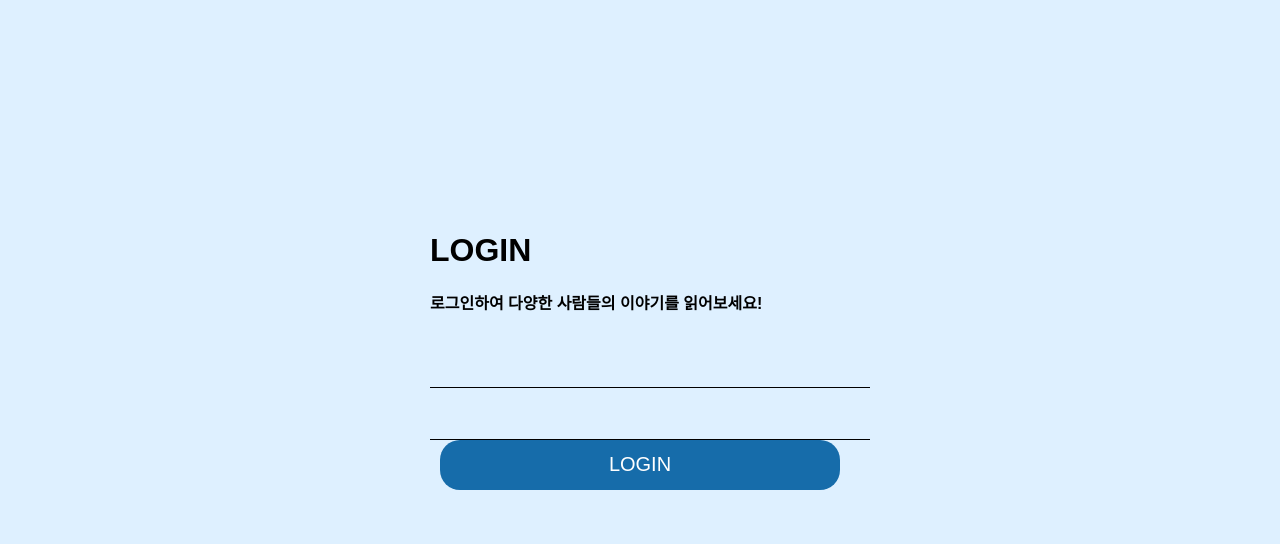
Repository: CISXO/JSP
Page: http://localhost/DB_Project/Login.jsp
These files come from the project's save history. The page is drawn as it stood at one moment and after the next save; the edit follows.
The browser window is 1280 px wide. The pictures show the whole page.
The page is served by Tomcat 9.

Above is the page before, as saved 2022-12-18 04:14:19.

After the next save:
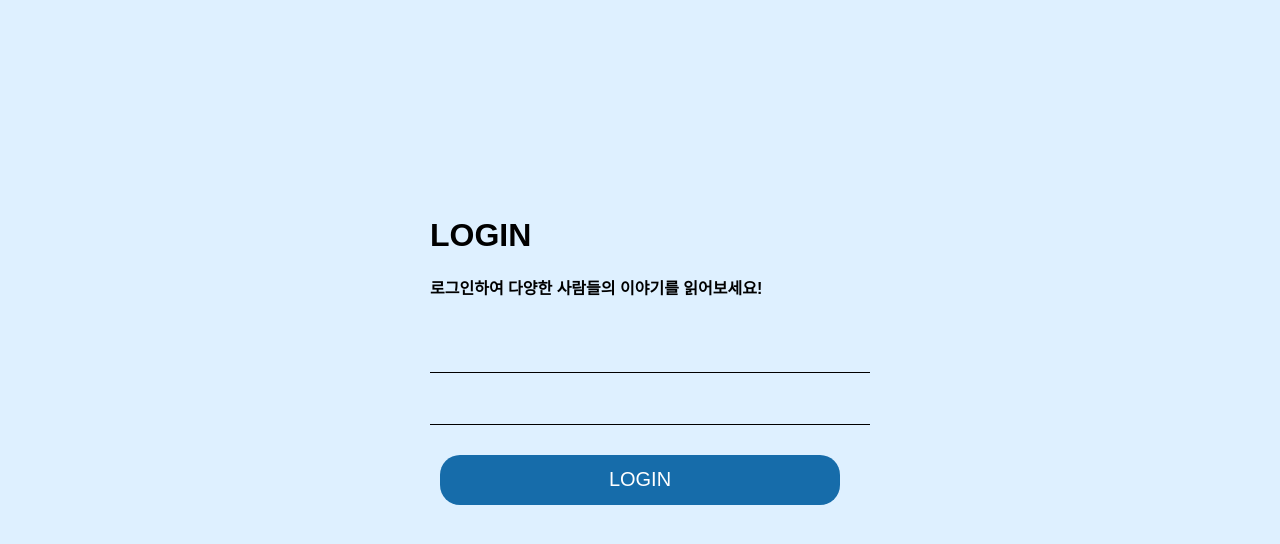
Saved 33 s later.
--- a/DbProject/DB_Project/src/main/webapp/Login.jsp
+++ b/DbProject/DB_Project/src/main/webapp/Login.jsp
@@ -15,6 +15,12 @@ body {
     align-items: center;
     height: 95vh;
 }
+
+
+.loginButtonBox {
+    margin-top: 30px;
+}
+
 
 input {
     width: 100%;
